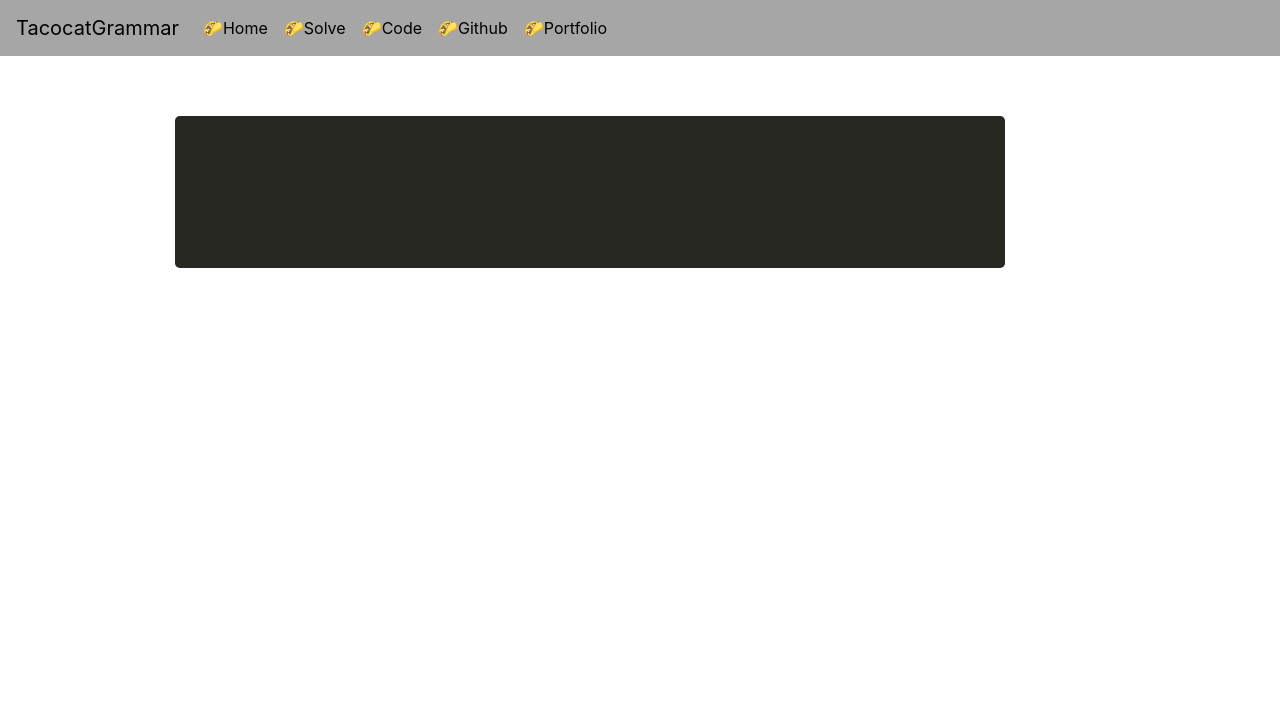
Repository: zhadjah9559/TacocatGrammar
Page: code.html
An editor plug-in stored every save of this project. The page is shown before and after the next save, followed by the edit.
The browser window is 1280 px wide. The pictures show the whole page.

Above is the page before, as saved 2021-01-30 00:13:34.
Console error: TypeError: Cannot read properties of null (reading 'addEventListener')

### code.html
<!doctype html>
<html lang="en">
  <head>
    <title>Code</title>
    <!-- Required meta tags -->
    <meta charset="utf-8">
    <meta name="viewport" content="width=device-width, initial-scale=1, shrink-to-fit=no">

    <!-- Bootstrap CSS -->
    <link rel="stylesheet" href="https://stackpath.bootstrapcdn.com/bootstrap/4.3.1/css/bootstrap.min.css" integrity="sha384-ggOyR0iXCbMQv3Xipma34MD+dH/1fQ784/j6cY/iJTQUOhcWr7x9JvoRxT2MZw1T" crossorigin="anonymous">
    <link rel="stylesheet" href="css/custom.css">
    <link rel="stylesheet" href="css/prism.css">
  </head>
  <body>

    <nav class="navbar navbar-expand-sm navbar-dark" style="background-color:  #A6A6A6">
        <a class="navbar-brand" href="index.html">TacocatGrammar</a>
        <button class="navbar-toggler d-lg-none" type="button" data-toggle="collapse" data-target="#collapsibleNavId" aria-controls="collapsibleNavId"
            aria-expanded="false" aria-label="Toggle navigation"></button>
        <div class="collapse navbar-collapse" id="collapsibleNavId">
            <ul class="navbar-nav mr-auto mt-2 mt-lg-0">
                <li class="nav-item">
                    <a class="nav-link" href="index.html">🌮Home </a>
                </li>
                <li class="nav-item">
                    <a class="nav-link" href="solve.html">🌮Solve </a>
                </li>
                <li class="nav-item active">
                    <a class="nav-link" href="code.html">🌮Code <span class="sr-only">(current)</span></a>
                </li>
                <li class="nav-item">
                    <a class="nav-link" target="_blank" href="https://github.com/zhadjah9559/SunsetHills">🌮Github</a>
                </li>
                <li class="nav-item">
                    <a class="nav-link" target="_blank" href="https://www.zacharyhadjah.netlify.app">🌮Portfolio</a>
                </li>
            </ul>
        </div>
    </nav>


    <div class="container">
        <div class="row">
            <div class="col">
                <pre class="line-numbers"><code class="language-javascript">



                </code></pre>
            </div>
        </div>
    </div>







    <!-- Optional JavaScript -->
    <!-- jQuery first, then Popper.js, then Bootstrap JS -->
    <script src="https://code.jquery.com/jquery-3.3.1.slim.min.js" integrity="sha384-q8i/X+965DzO0rT7abK41JStQIAqVgRVzpbzo5smXKp4YfRvH+8abtTE1Pi6jizo" crossorigin="anonymous"></script>
    <script src="https://cdnjs.cloudflare.com/ajax/libs/popper.js/1.14.7/umd/popper.min.js" integrity="sha384-UO2eT0CpHqdSJQ6hJty5KVphtPhzWj9WO1clHTMGa3JDZwrnQq4sF86dIHNDz0W1" crossorigin="anonymous"></script>
    <script src="https://stackpath.bootstrapcdn.com/bootstrap/4.3.1/js/bootstrap.min.js" integrity="sha384-JjSmVgyd0p3pXB1rRibZUAYoIIy6OrQ6VrjIEaFf/nJGzIxFDsf4x0xIM+B07jRM" crossorigin="anonymous"></script>
    <script src="js/prism.js"></script>
    <script src="js/custom.js"></script>


  </body>
</html>

### css/custom.css
.navbar-dark .navbar-nav .active>.nav-link{
    color:black;
}
.navbar-dark .navbar-nav .nav-link{
    color:black;
}
.navbar .navbar-brand{
    color:black;
}

.navbar-dark .navbar-nav .nav-link{
    color:black;
}

.container {
    width: 860px;
    height: 540px;
    position: absolute;
    top: 40%;
    left: 50%;
    margin-top: -180px;
    margin-left: -480px;
}

#badges{
    margin-left: 18px;
}

::selection{
    background-color:  #A6A6A6
  }

### css/prism.css
/* PrismJS 1.23.0
https://prismjs.com/download.html#themes=prism-okaidia&languages=markup+css+clike+javascript&plugins=normalize-whitespace */
/**
 * okaidia theme for JavaScript, CSS and HTML
 * Loosely based on Monokai textmate theme by http://www.monokai.nl/
 * @author ocodia
 */

code[class*="language-"],
pre[class*="language-"] {
	color: #f8f8f2;
	background: none;
	text-shadow: 0 1px rgba(0, 0, 0, 0.3);
	font-family: Consolas, Monaco, 'Andale Mono', 'Ubuntu Mono', monospace;
	font-size: 1em;
	text-align: left;
	white-space: pre;
	word-spacing: normal;
	word-break: normal;
	word-wrap: normal;
	line-height: 1.5;

	-moz-tab-size: 4;
	-o-tab-size: 4;
	tab-size: 4;

	-webkit-hyphens: none;
	-moz-hyphens: none;
	-ms-hyphens: none;
	hyphens: none;
}

/* Code blocks */
pre[class*="language-"] {
	padding: 1em;
	margin: .5em 0;
	overflow: auto;
	border-radius: 0.3em;
}

:not(pre) > code[class*="language-"],
pre[class*="language-"] {
	background: #272822;
}

/* Inline code */
:not(pre) > code[class*="language-"] {
	padding: .1em;
	border-radius: .3em;
	white-space: normal;
}

.token.comment,
.token.prolog,
.token.doctype,
.token.cdata {
	color: #8292a2;
}

.token.punctuation {
	color: #f8f8f2;
}

.token.namespace {
	opacity: .7;
}

.token.property,
.token.tag,
.token.constant,
.token.symbol,
.token.deleted {
	color: #f92672;
}

.token.boolean,
.token.number {
	color: #ae81ff;
}

.token.selector,
.token.attr-name,
.token.string,
.token.char,
.token.builtin,
.token.inserted {
	color: #a6e22e;
}

.token.operator,
.token.entity,
.token.url,
.language-css .token.string,
.style .token.string,
.token.variable {
	color: #f8f8f2;
}

.token.atrule,
.token.attr-value,
.token.function,
.token.class-name {
	color: #e6db74;
}

.token.keyword {
	color: #66d9ef;
}

.token.regex,
.token.important {
	color: #fd971f;
}

.token.important,
.token.bold {
	font-weight: bold;
}
.token.italic {
	font-style: italic;
}

.token.entity {
	cursor: help;
}

### js/custom.js
document.getElementById("userInputBtn").addEventListener("click", ()=>{
    //userInput = {"input"}
    let userInput = document.getElementById("userInput").value

    //cast to lowercase so there are no discrepancies
    let lowerCaseInput = userInput.toLowerCase()

    //convert string to an array  { "i", "n", "p", "u", "t" }
    let arrayElements = lowerCaseInput.split('')

    //reverse array  =  { "t", "u", "p", "n", "i"}
    let reverseArray = arrayElements.reverse()

    //reversestring  =  {"tupni"}
    let reversedString = reverseArray.join('')

    if(lowerCaseInput == reversedString){
        document.getElementById("output").innerHTML = `🌮 ${userInput} is a palindrome!!😻`
    }else{
        document.getElementById("output").innerHTML = `❌ ${userInput} is NOT a palindrome😿`
    }
    userInput.value = ""
    lowerCaseInput = ""
})

function clear(){
    document.getElementById("userInput").innerText = ""
}

Loaded but not shown: js/prism.js (library)

After the next save:
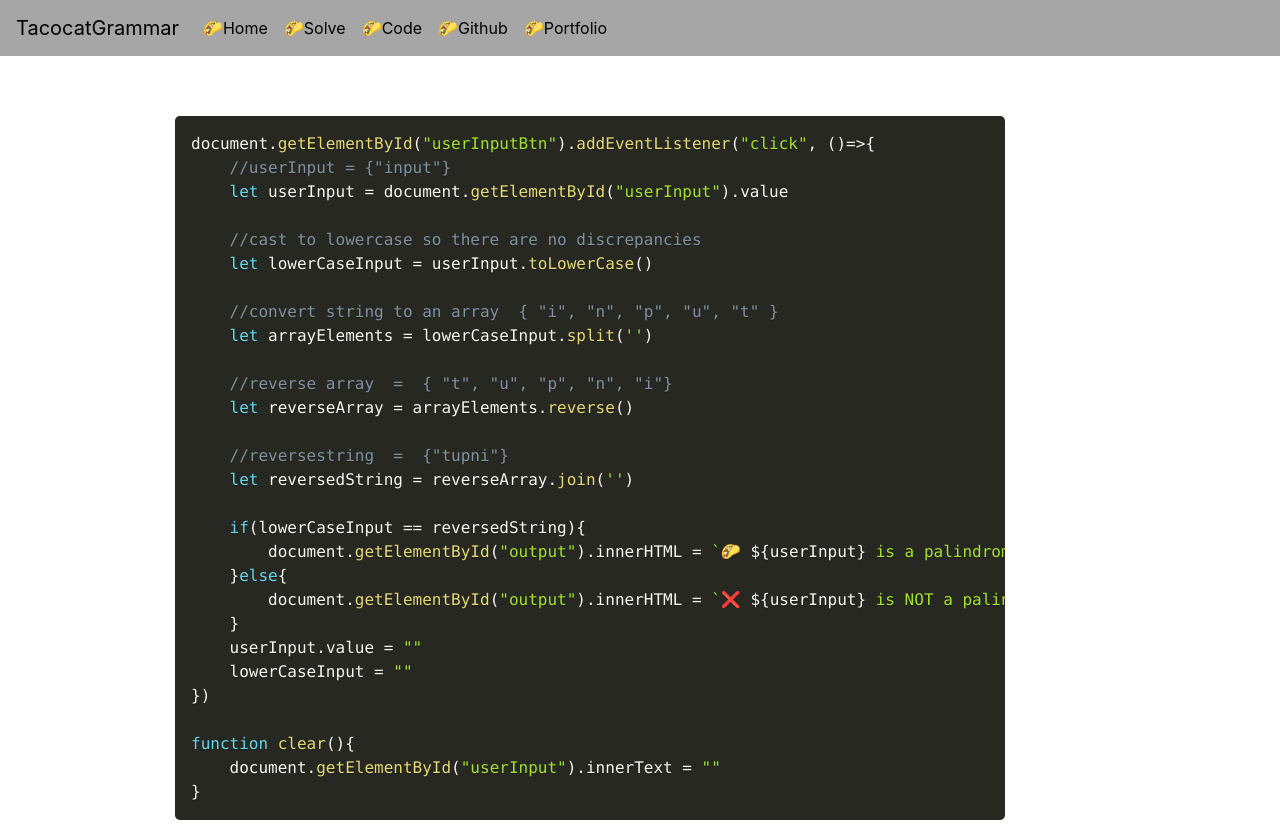
Saved 28 s later.
--- a/code.html
+++ b/code.html
@@ -44,7 +44,34 @@
             <div class="col">
                 <pre class="line-numbers"><code class="language-javascript">
 
+                    document.getElementById("userInputBtn").addEventListener("click", ()=>{
+                        //userInput = {"input"}
+                        let userInput = document.getElementById("userInput").value
 
+                        //cast to lowercase so there are no discrepancies
+                        let lowerCaseInput = userInput.toLowerCase()
+
+                        //convert string to an array  { "i", "n", "p", "u", "t" }
+                        let arrayElements = lowerCaseInput.split('')
+
+                        //reverse array  =  { "t", "u", "p", "n", "i"}
+                        let reverseArray = arrayElements.reverse()
+
+                        //reversestring  =  {"tupni"}
+                        let reversedString = reverseArray.join('')
+
+                        if(lowerCaseInput == reversedString){
+                            document.getElementById("output").innerHTML = `🌮 ${userInput} is a palindrome!!😻`
+                        }else{
+                            document.getElementById("output").innerHTML = `❌ ${userInput} is NOT a palindrome😿`
+                        }
+                        userInput.value = ""
+                        lowerCaseInput = ""
+                    })
+
+                    function clear(){
+                        document.getElementById("userInput").innerText = ""
+                    }
 
                 </code></pre>
             </div>
